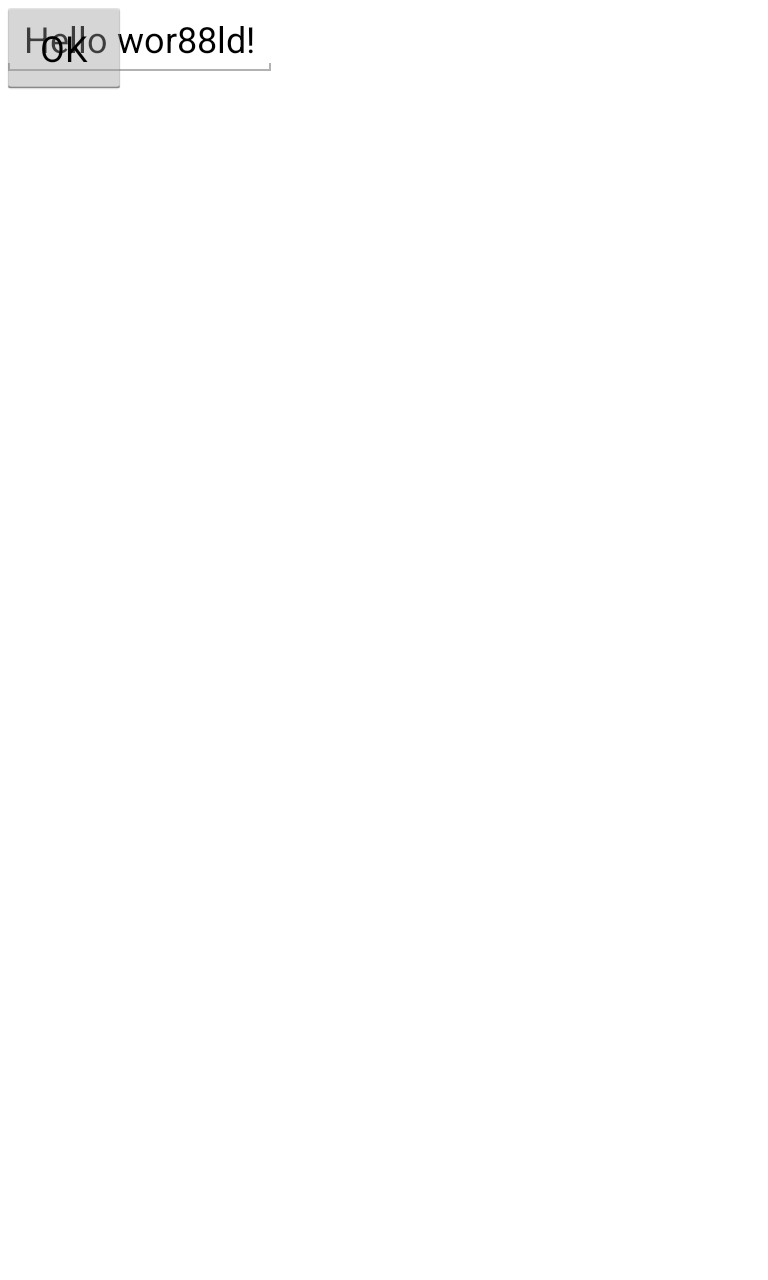
Repository: yc0211/line4U
Layout: line4U/res/layout/activity_main.xml
These files come from the project's save history. The layout is drawn as it stood at one moment and after a run of saves; the edit follows.
It is drawn on a 768 x 1280 px phone screen (xhdpi) without system bars, with theme AppTheme; the app's code is not run.

Above is the layout before, as saved 2013-08-18 15:47:01.

After the next 2 saves:
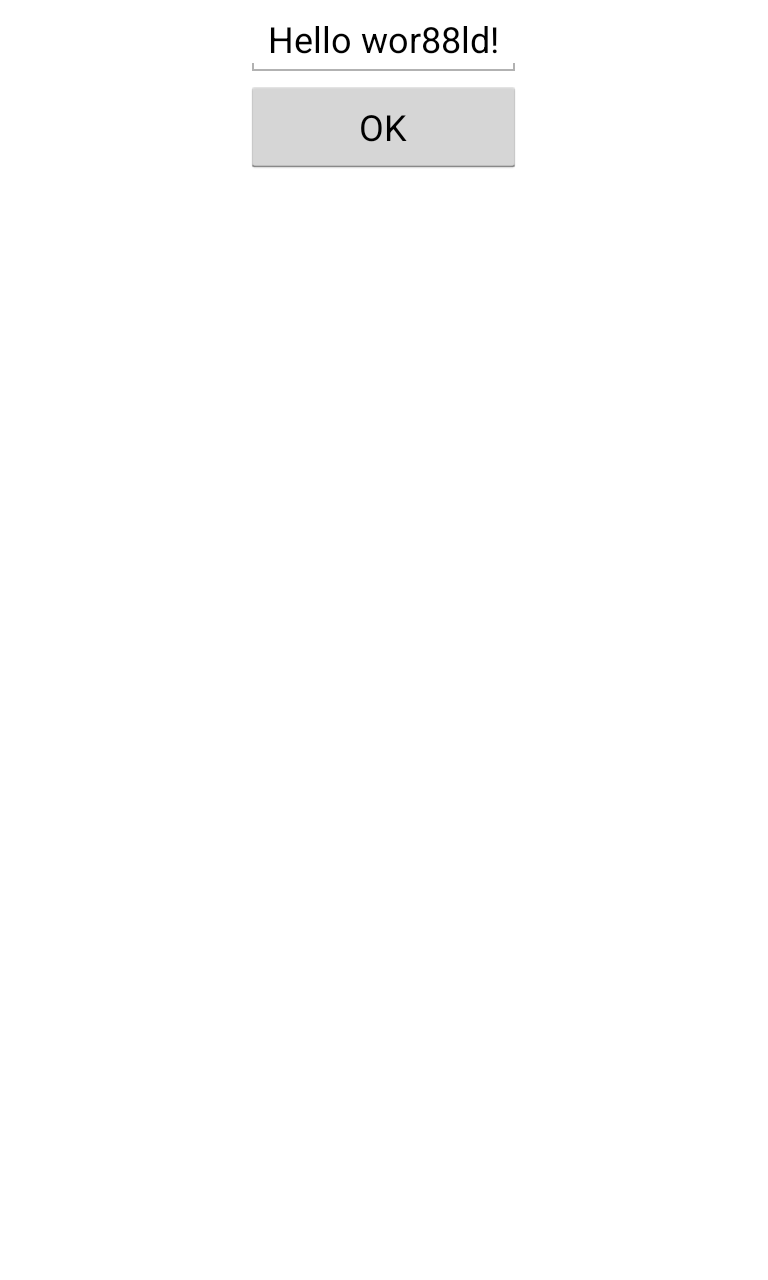
The 2 saves are shown as one change because 1 did not build or start.
The last was saved 3 min 4 s later.
--- a/line4U/res/layout/activity_main.xml
+++ b/line4U/res/layout/activity_main.xml
@@ -2,13 +2,13 @@
     xmlns:tools="http://schemas.android.com/tools"
     android:layout_width="match_parent"
     android:layout_height="match_parent"
-    tools:context=".MainActivity"
-    android:orientation="vertical">
+    tools:context=".MainActivity" >
 
     <EditText
         android:id="@+id/te"
         android:layout_width="wrap_content"
         android:layout_height="wrap_content"
+        android:layout_centerHorizontal="true"
         android:inputType="text"
         android:text="@string/te"/>
 
@@ -17,6 +17,9 @@
         android:id="@+id/button"
         android:layout_width="wrap_content"
         android:layout_height="wrap_content"
+        android:layout_below="@id/te"
+        android:layout_alignLeft="@id/te"
+        android:layout_alignRight="@id/te"
         android:text="@string/button" />
 
 </RelativeLayout>
